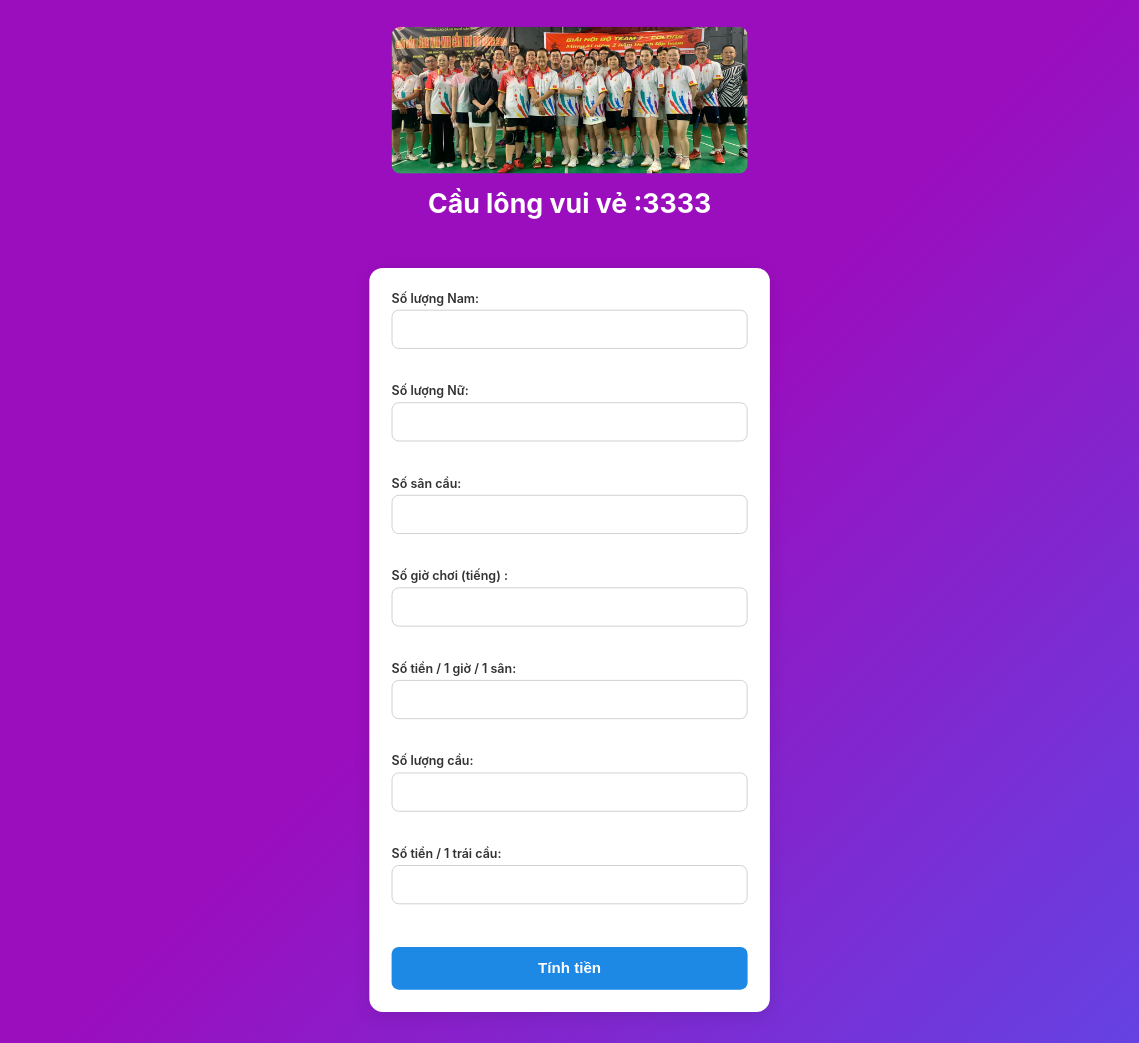
Repository: LuongPTCE181311/Badminton
Page: index.html
The author's editor kept a copy of each file at every save. The page is drawn from the files as they stood at one save, then again after a run of saves.
The browser window is 1280 px wide. The pictures show the whole page, at 89% of full size.

Above is the page before, as saved 2025-12-07 22:27:39.

After the next 2 saves:
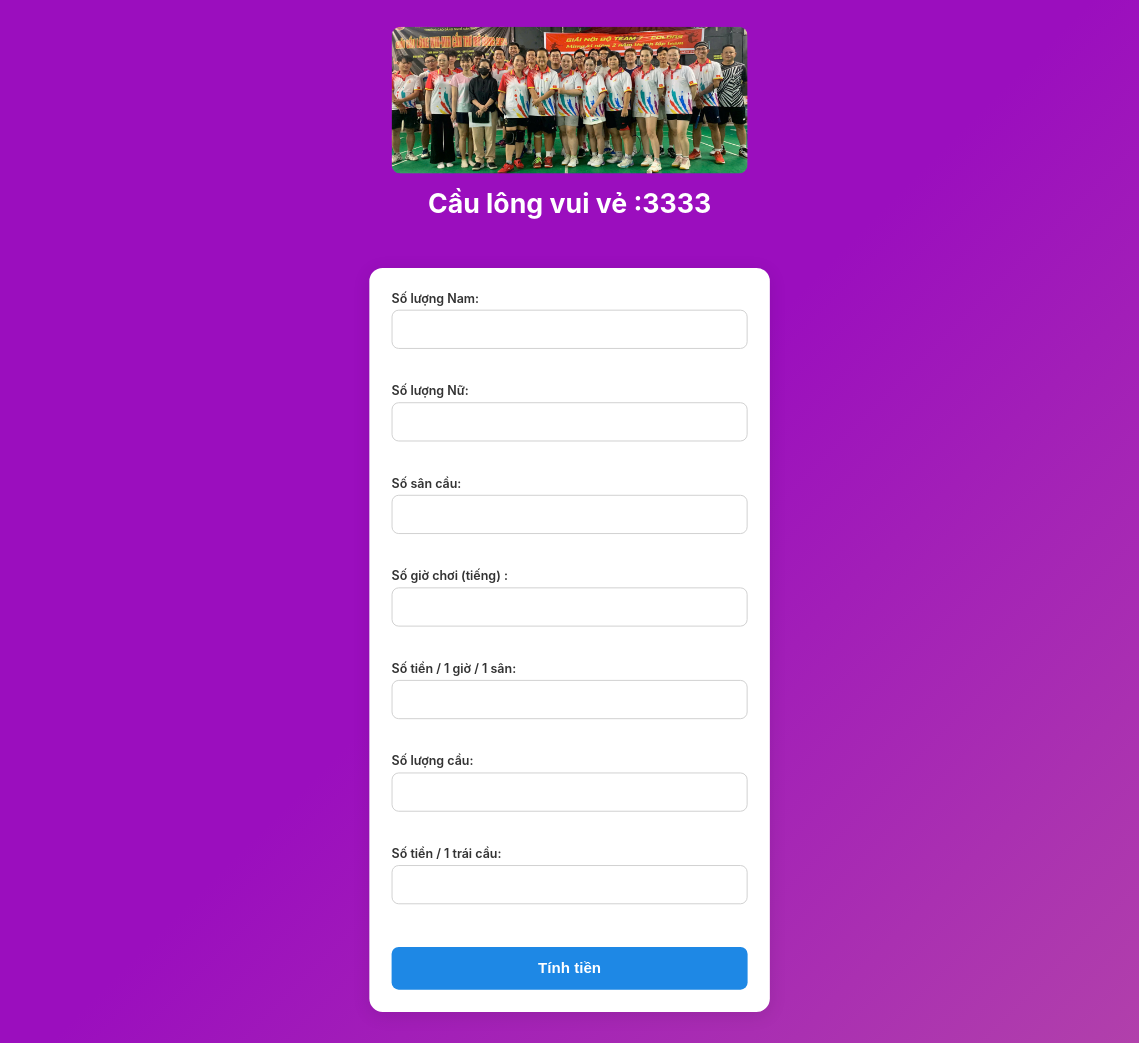
The 2 saves are shown as one change because they came seconds apart.
The last was saved 16 s later.
--- a/assets/css/style.css
+++ b/assets/css/style.css
@@ -7,7 +7,7 @@ body {
   padding: 10px;
   font-family: -apple-system, BlinkMacSystemFont, "Segoe UI", Roboto,
     "Helvetica Neue", Arial, sans-serif;
-  background: linear-gradient(135deg, #9b0ebe 50%, #6542e2 100%);
+  background: linear-gradient(135deg, #9b0ebe 50%, #b140ab 100%);
   min-height: 100vh;
 }
 
